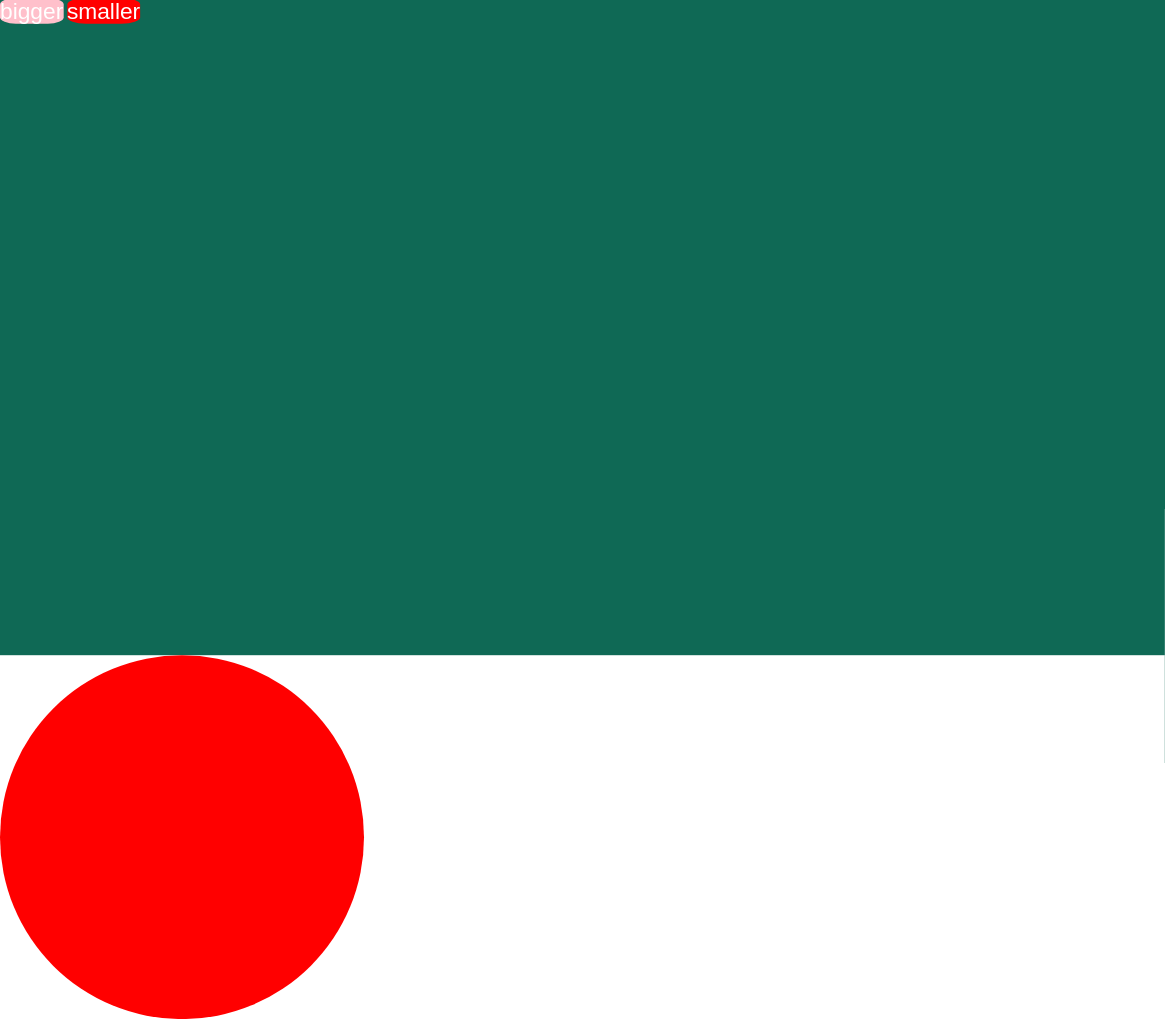
Repository: xuc009/assignment-4
Page: index.html
These files come from the project's save history. The page is drawn as it stood at one moment and after a run of saves; the edit follows.
The browser window is 1280 px wide. The pictures show the whole page, at 91% of full size.

Above is the page before, as saved 2019-11-21 16:35:47.

After the next 2 saves:
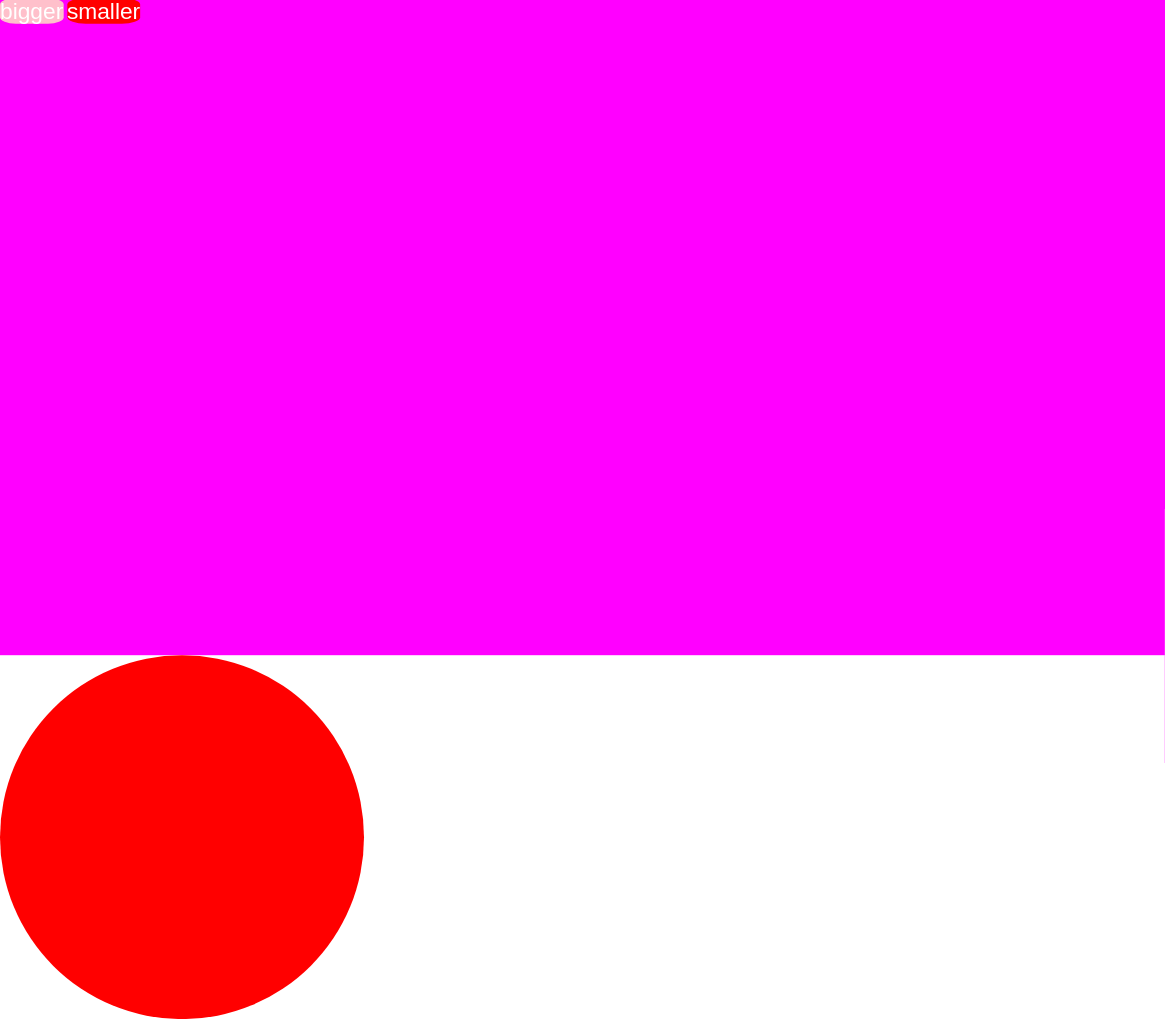
Console error: ReferenceError: red is not defined
The 2 saves are shown as one change because they came seconds apart.
The last was saved 3 min 33 s later.
--- a/assets/script2.js
+++ b/assets/script2.js
@@ -29,9 +29,7 @@ var saveUserInfo = function(){
          .split(',');
 
 		console.log("current color:", currentColor);
-		var red = 10
-		var green = 100
-		var blue = 80
+
 		// var red = currentColor[0];
 		red = parseInt(red);
 		// console.log("red value:", red);
